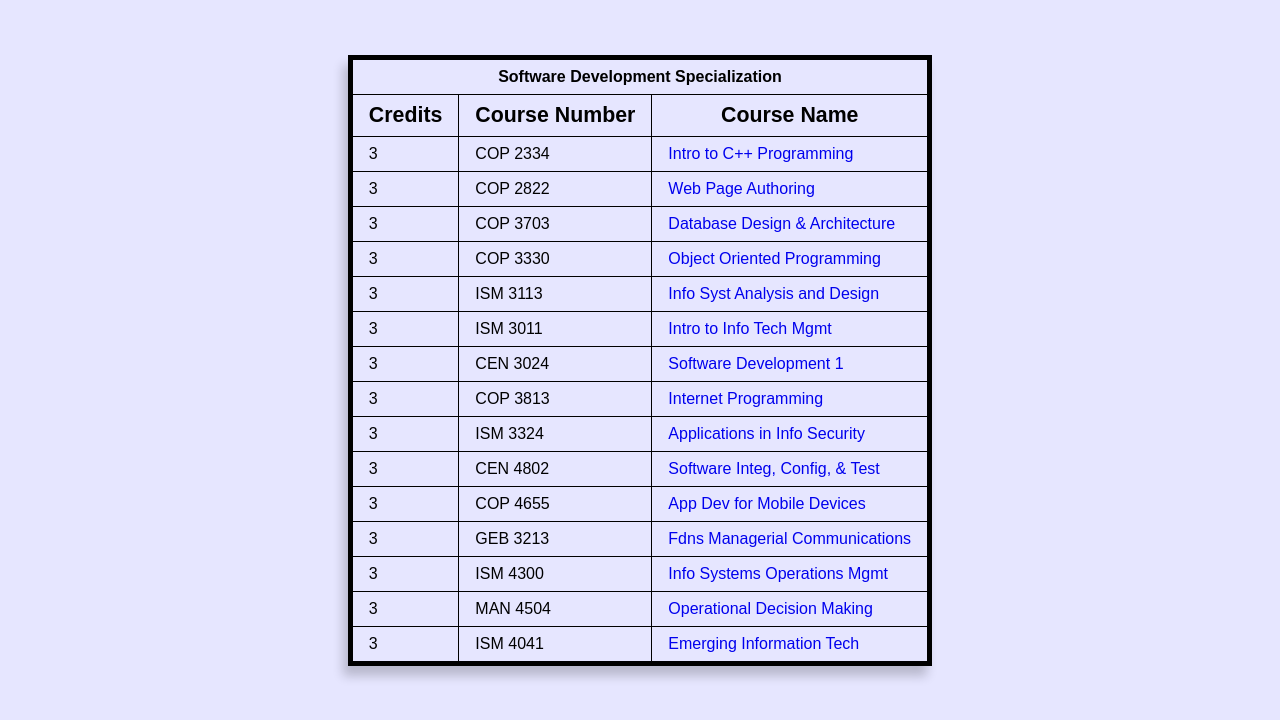
Repository: mlmEFSC21/P5-DegreeTableStyling
Page: FormattedProgramSpecialization3.html
The author's editor kept a copy of each file at every save. The page is drawn from the files as they stood at one save, then again after the next save.
The browser window is 1280 px wide. The pictures show the whole page.
Some web fonts or font styles are not loaded; a fallback is used.

Above is the page before, as saved 2022-02-07 15:46:53.

After the next save:
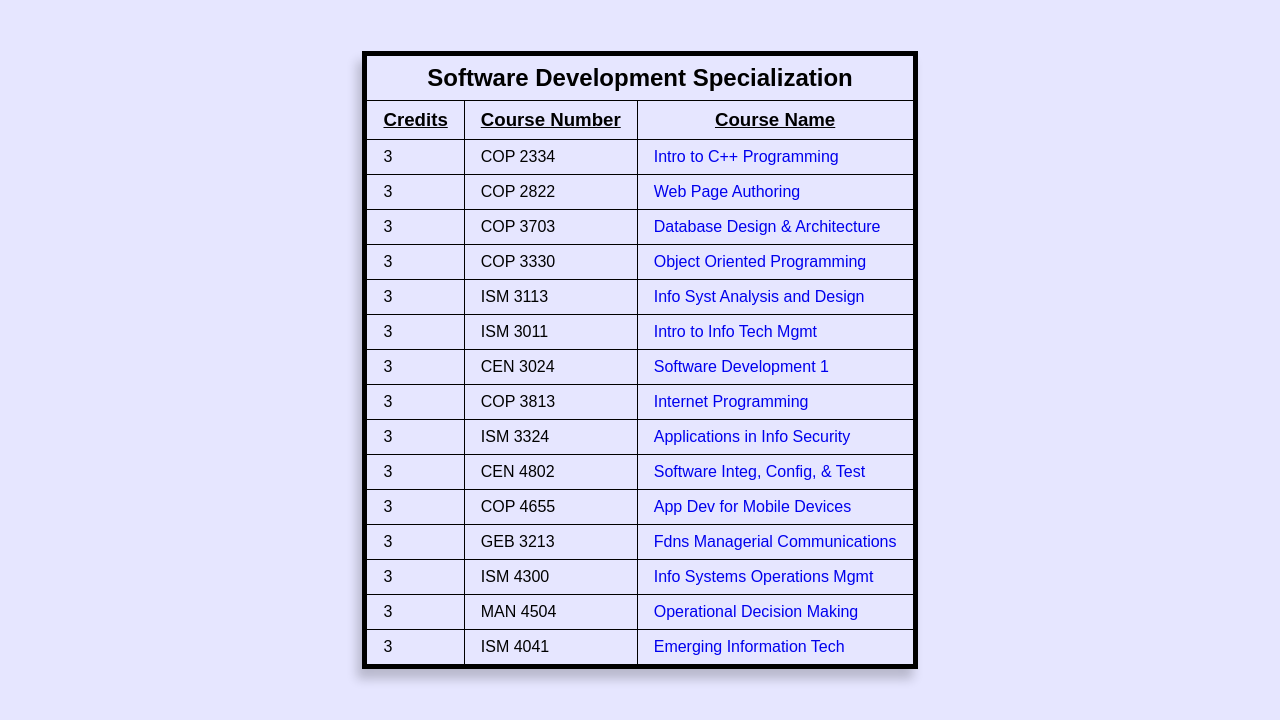
Saved 95 s later.
--- a/tableStyles.css
+++ b/tableStyles.css
@@ -33,13 +33,13 @@ thead {
     text-align: center;
 }
 thead:first-child {
-    font-size: 50;
+    font-size: 18pt;
     font-weight: bold;
     text-align: center;
 }
 .colTitles {
-    font-size: 16pt;
-    font-display: underline;
+    font-size: 14pt;
+    text-decoration: underline;
 }
 th {
     border: 1px solid black;
